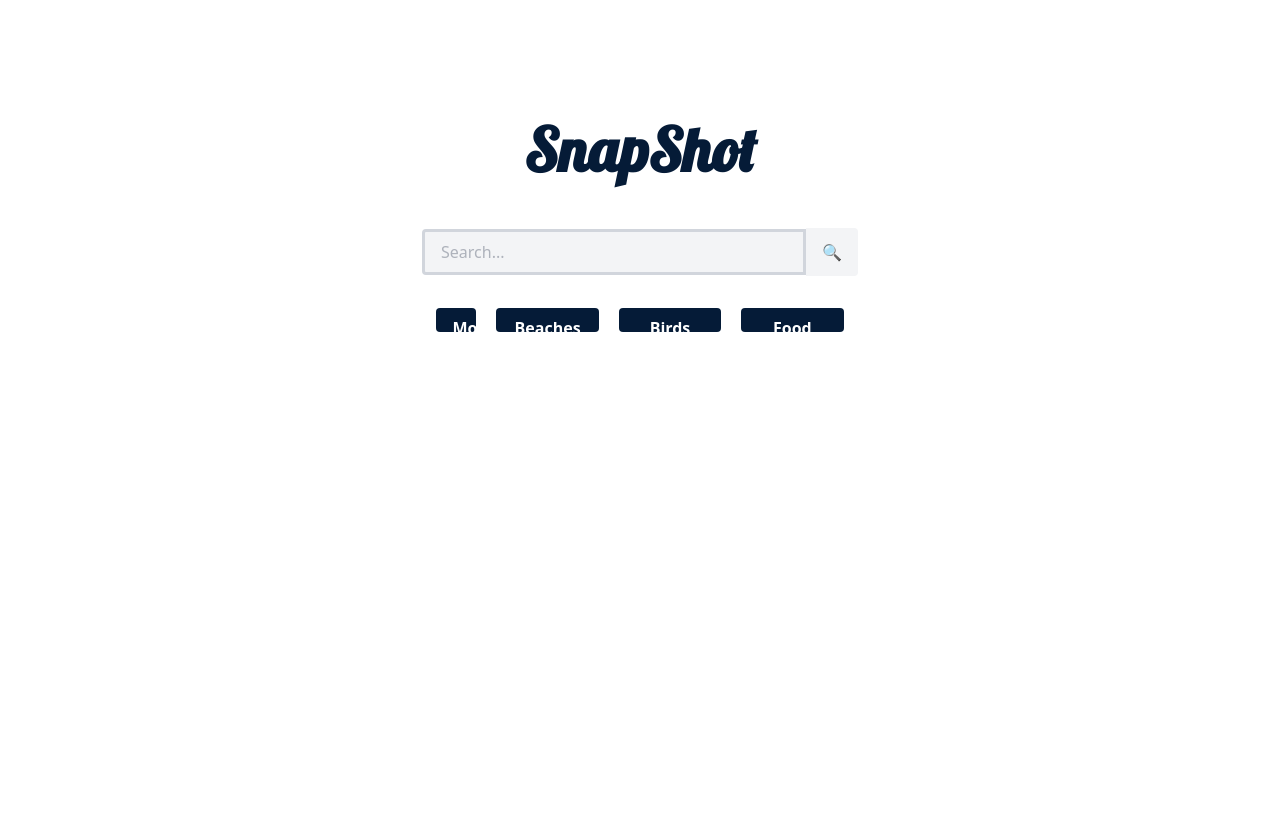
Repository: Alzate1075/P2-GaleriaFotos
Page: /
The author's editor kept a copy of each file at every save. The page is drawn from the files as they stood at one save, then again after the next save.
The browser window is 1280 px wide. The pictures show the whole page.
The project was rebuilt for these pictures with package versions that can differ from the ones it lists, and the page was loaded fresh each time. Also part of the build but not shown: vite.config.js.

Above is the page before, as saved 2025-07-03 23:51:44.

### index.html
<!DOCTYPE html>
<html lang="en">
  <head>
    <meta charset="UTF-8" />
    <link rel="icon" type="image/svg+xml" href="/vite.svg" />
    <meta name="viewport" content="width=device-width, initial-scale=1.0" />
    <link
      href="https://fonts.googleapis.com/css2?family=Lobster&display=swap"
      rel="stylesheet"
    />

    <title>Vite + React</title>
  </head>
  <body>
    <div id="root"></div>
    <script type="module" src="/src/main.jsx"></script>
  </body>
</html>

### src/App.jsx
import React from "react";
import Header from "./components/Header";
import SearchGallery from "./components/SearchGallery";
import Categorias from "./components/Categorias";

export default function App() {
  return (
    <div className="min-h-screen">
      <Header />
      <SearchGallery />
      <Categorias />
    </div>
  );
}

### src/index.css
@import "tailwindcss";

@import url("https://fonts.googleapis.com/css2?family=Lobster&display=swap");

body {
  font-family: "Lobster", cursive;
}

### src/components/Header.jsx
import React from "react";

export default function Header() {
  return (
    <header className="text-center mt-8">
      <h1 className="text-6xl font-bold text-[#051b37] font-lobster mt-30">
        SnapShot
      </h1>
    </header>
  );
}

### src/components/SearchGallery.jsx
import React from "react";

export default function SearchGallery() {
  return (
    <div className="font-sans text-gray-500 flex items-center justify-center mt-12">
      <input
        type="text"
        placeholder="Search..."
        className="border-3 border-gray-300 bg-gray-100 rounded-l px-4 py-2 w-[30%] focus:outline-none"
      />
      <button className="cursor-pointer bg-gray-100 text-white px-4 py-3 rounded-r hover:bg-[#051b37]">
        🔍
      </button>
    </div>
  );
}

### src/components/Categorias.jsx
import React from "react";

export default function Categorias() {
  return (
    <div className="flex md:items-center md:justify-center md:gap-5 mt-8">
      <button className="md:w-10 md:h-6 font-sans font-semibold bg-[#051b37] text-white px-4 py-2 rounded">
        Mountain
      </button>
      <button className="md:w-[8%] md:h-6 font-sans font-semibold bg-[#051b37] text-white px-4 py-2 rounded">
        Beaches
      </button>
      <button className="md:w-[8%] md:h-6 font-sans font-semibold bg-[#051b37] text-white px-4 py-2 rounded">
        Birds
      </button>
      <button className="md:w-[8%] md:h-6 font-sans font-semibold bg-[#051b37] text-white px-4 py-2 rounded">
        Food
      </button>
    </div>
  );
}

Loaded but not shown: src/main.jsx (common file)

After the next save:
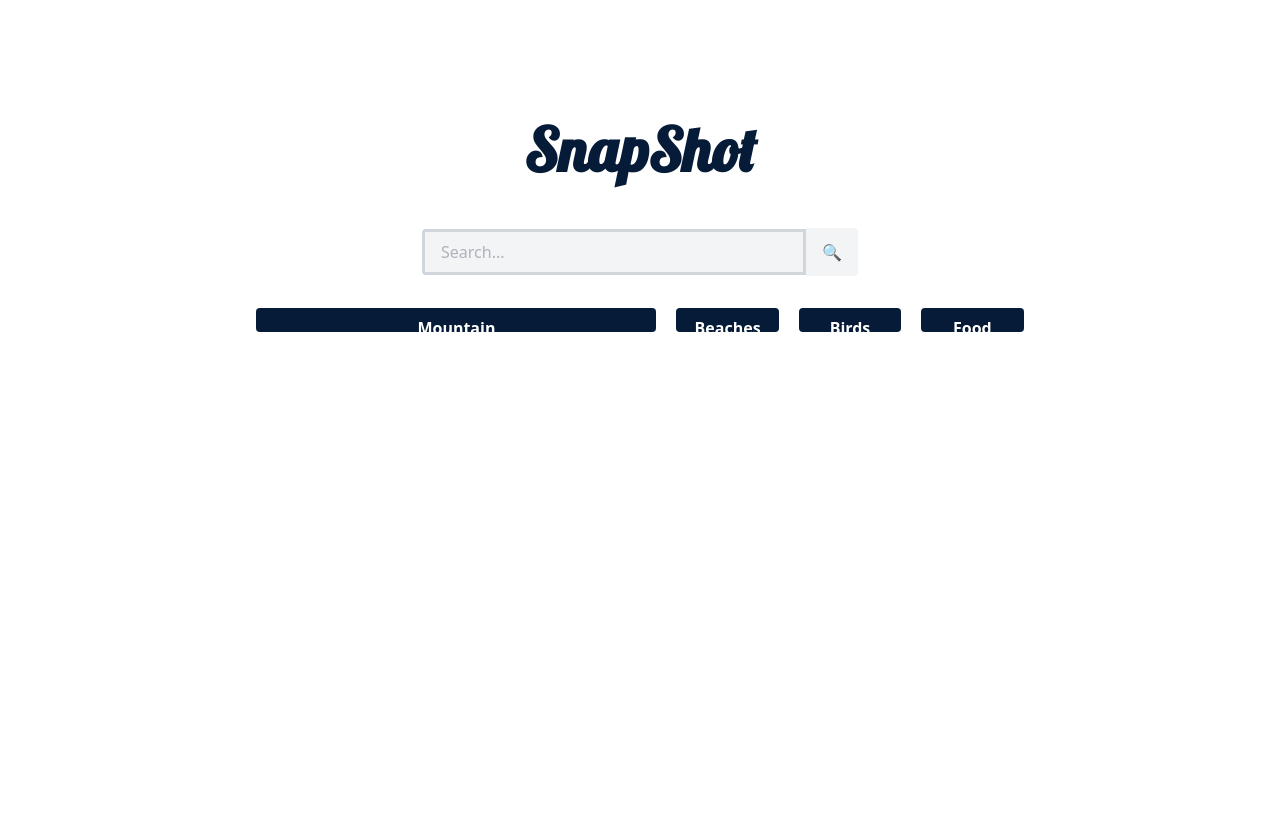
Saved 6 s later.
--- a/src/components/Categorias.jsx
+++ b/src/components/Categorias.jsx
@@ -3,7 +3,7 @@
 export default function Categorias() {
   return (
     <div className="flex md:items-center md:justify-center md:gap-5 mt-8">
-      <button className="md:w-10 md:h-6 font-sans font-semibold bg-[#051b37] text-white px-4 py-2 rounded">
+      <button className="md:w-100 md:h-6 font-sans font-semibold bg-[#051b37] text-white px-4 py-2 rounded">
         Mountain
       </button>
       <button className="md:w-[8%] md:h-6 font-sans font-semibold bg-[#051b37] text-white px-4 py-2 rounded">
